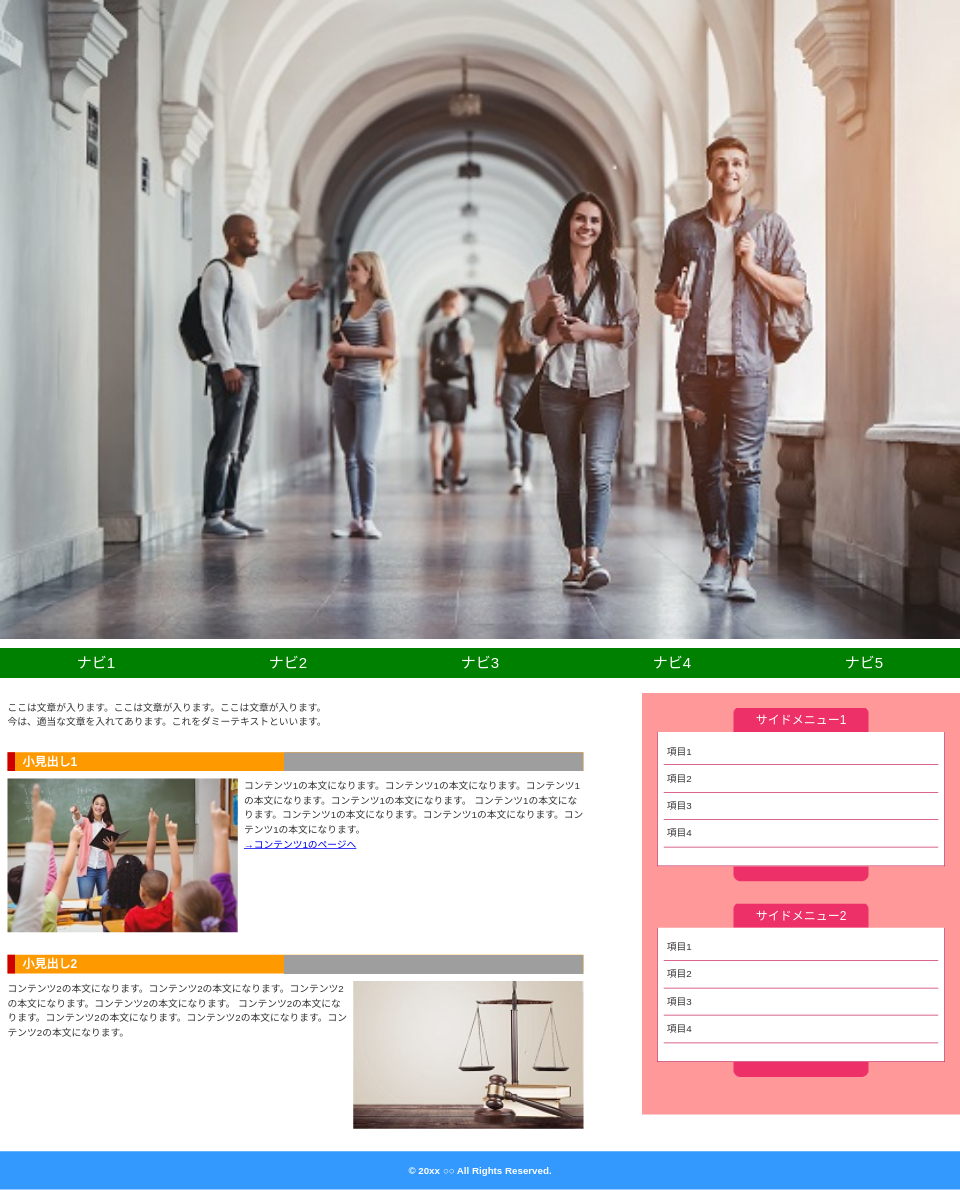
Repository: missan26/samurai_HTML-CSS
Page: index.html
The author's editor kept a record of every edit. The page is drawn from the files as they stood at one moment, then again after the next edit.
The browser window is 1280 px wide. The pictures show the whole page, at 75% of full size.
Pictures or frames that could not be fetched are drawn as grey boxes.

Above is the page before.

After the next edit:
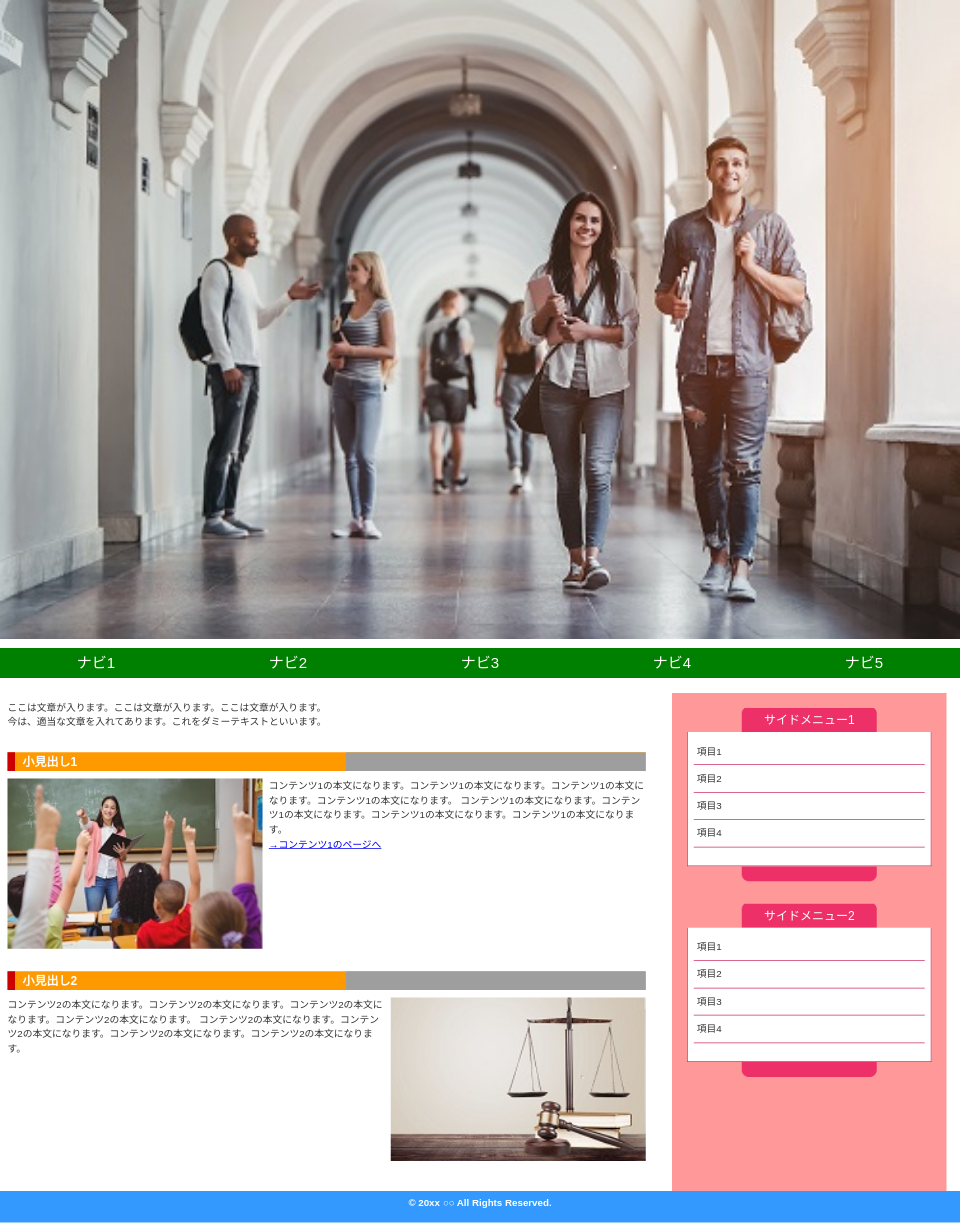
The edit:
--- a/stylesheet.css
+++ b/stylesheet.css
@@ -11,13 +11,13 @@
 
 /* -------------------- wrapper -------------------- */
 #wrapper {
-    width: 100%;
-    margin: auto;
-    padding: 0px;
-    border: 0px;
-    background-color: #FFF;
-    top: 10px;
-    position: relative;
+	width: 100%;
+	margin: auto;
+	padding: 0px;
+	border: 0px;
+	background-color: #FFF;
+	top: 10px;
+	position: relative;
 }
 
 /* -------------------- header -------------------- */
@@ -50,7 +50,7 @@
 	width: 100%;
 }
 #nav ul {
-    display: flex;
+	display: flex;
 	margin: 0;
 	padding: 0;
 	list-style-type: none;
@@ -81,11 +81,12 @@
 	padding: auto;
 	padding-top: 20px;
 	clear: both;
+	display: grid;
+	grid-template-columns: 70vw 30vw;
 }
 /* -------------------- main -------------------- */
 #main {
-	float: left;
-	width: 60%;
+	width: 95%;
 	padding: 10px 30px 10px 10px;
 }
 #main h2 {
@@ -124,7 +125,7 @@
 
 /* -------------------- clearfix -------------------- */
 .clearfix {
-    zoom: 1;
+	zoom: 1;
 }
 .clearfix:after{
 	content: "";
@@ -134,8 +135,7 @@
 
 /* -------------------- side -------------------- */
 #side {
-	float: right;
-	width: 30%;
+	width: 85%;
 	padding: 20px;
 	background-color: #F99;
 }
@@ -146,7 +146,7 @@
 }
 #side .box h2 {
 	margin: 0;
-	padding: 8px;/* margin-top:-52px訂正箇所。打ち間違いの為修正*/
+	padding: 8px;
 	text-align: center;
 	color: #fff;
 	font-size: 16px;
